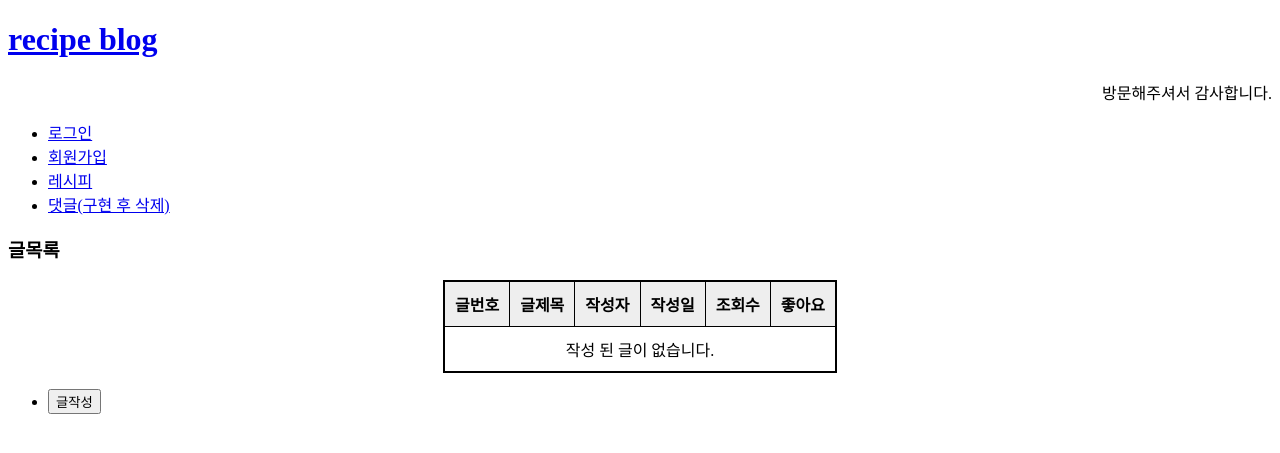
Repository: jeong-hyeran/recipe
Page: http://localhost/recipe/WEB-INF/views/board/list.jsp
The author's editor kept a copy of each file at every save. The page is drawn from the files as they stood at one save, then again after the next save.
The browser window is 1280 px wide. The pictures show the whole page.
The page is served by Tomcat 9. Nobody is signed in. The template is opened directly, without the code that normally fills it, so the values that code supplies are empty.

Above is the page before, as saved 2023-09-27 05:09:04.

After the next save:
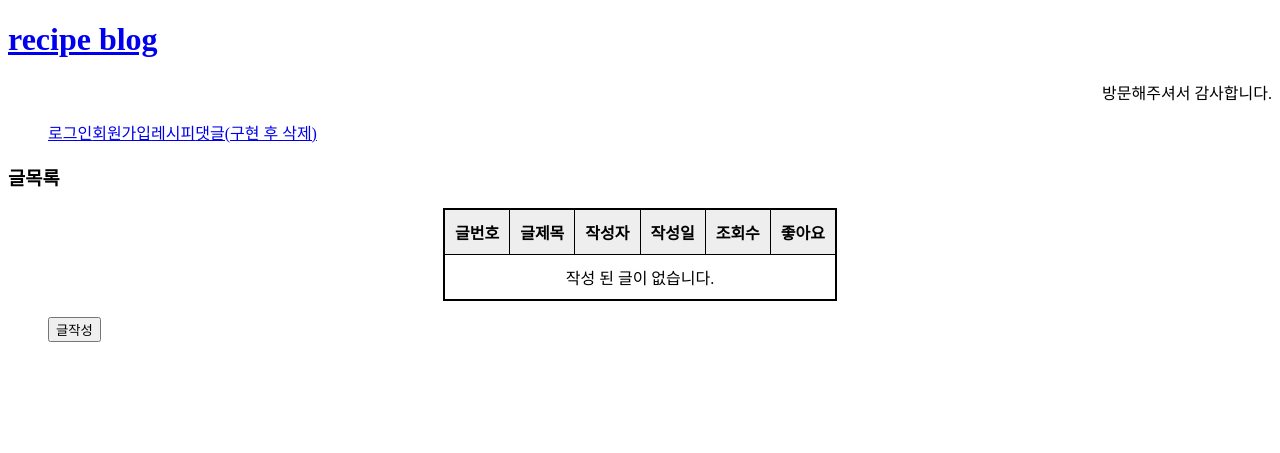
Saved 22 min 44 s later.
--- a/recipe_project/recipe/src/main/webapp/WEB-INF/views/header.jsp
+++ b/recipe_project/recipe/src/main/webapp/WEB-INF/views/header.jsp
@@ -47,6 +47,10 @@
 		margin: 5px;
 		text-align: center;
 	}
+	ul{
+		list-style: none;
+		display: flex;
+	}
 </style>
 </head>
 <body>
